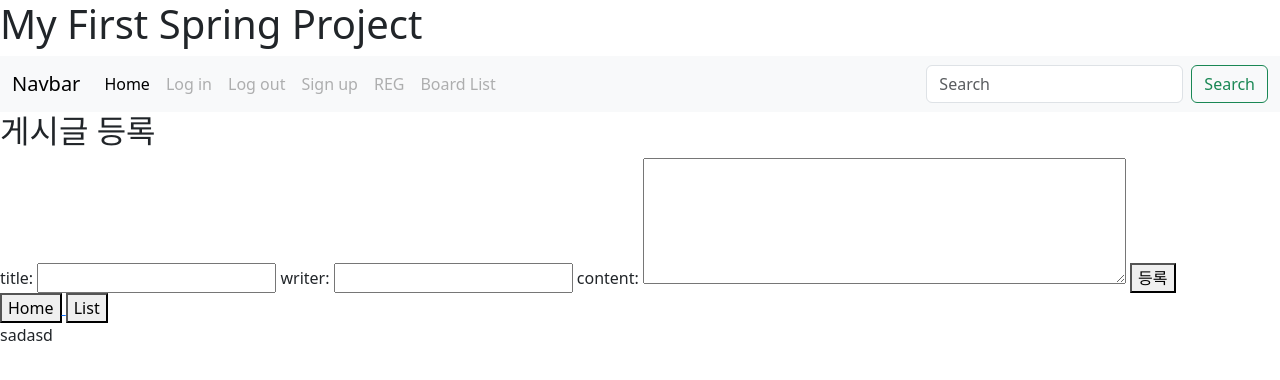
Repository: dfhdfhdfsza/springtest
Page: http://localhost/spring-Test/WEB-INF/views/board/register.jsp
An editor plug-in stored every save of this project. The page is shown before and after the next save, followed by the edit.
The browser window is 1280 px wide. The pictures show the whole page.
The page is served by Tomcat 9. Nobody is signed in. The template is opened directly, without the code that normally fills it, so the values that code supplies are empty.

Above is the page before, as saved 2023-10-05 07:49:19.

After the next save:
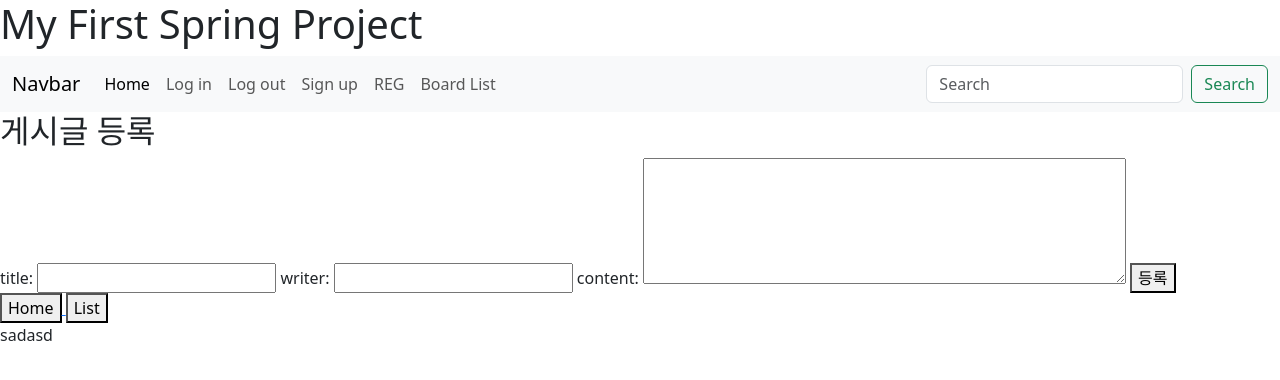
Saved 68 s later.
--- a/spring-Test/src/main/webapp/WEB-INF/views/layout/header.jsp
+++ b/spring-Test/src/main/webapp/WEB-INF/views/layout/header.jsp
@@ -24,19 +24,19 @@
         </li>
 
         <li class="nav-item">
-          <a class="nav-link disabled" aria-disabled="true">Log in</a>
+          <a class="nav-link" >Log in</a>
         </li>
         <li class="nav-item">
-          <a class="nav-link disabled" aria-disabled="true">Log out</a>
+          <a class="nav-link" >Log out</a>
         </li>
         <li class="nav-item">
-          <a class="nav-link disabled" aria-disabled="true">Sign up</a>
+          <a class="nav-link" >Sign up</a>
         </li>
         <li class="nav-item">
-          <a class="nav-link disabled"  href="/board/register">REG</a>
+          <a class="nav-link"  href="/board/register">REG</a>
         </li>
         <li class="nav-item">
-          <a class="nav-link disabled" aria-disabled="true">Board List</a>
+          <a class="nav-link">Board List</a>
         </li>
       </ul>
       <form class="d-flex" role="search">
